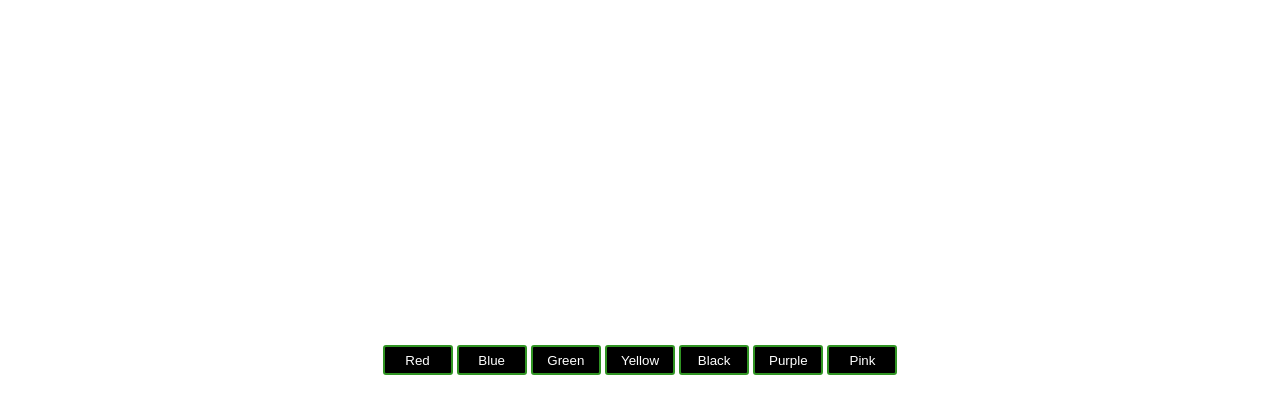
Repository: letrongtinh27/LapTrinhWeb
Page: Change-bg/index.html
An editor plug-in stored every save of this project. The page is shown before and after the next save, followed by the edit.
The browser window is 1280 px wide. The pictures show the whole page.
After loading, the first visible `#Red` was clicked once.

Above is the page before, as saved 2022-10-13 11:30:51.
Console error: TypeError: Cannot set properties of undefined (setting 'background')

After the next save:
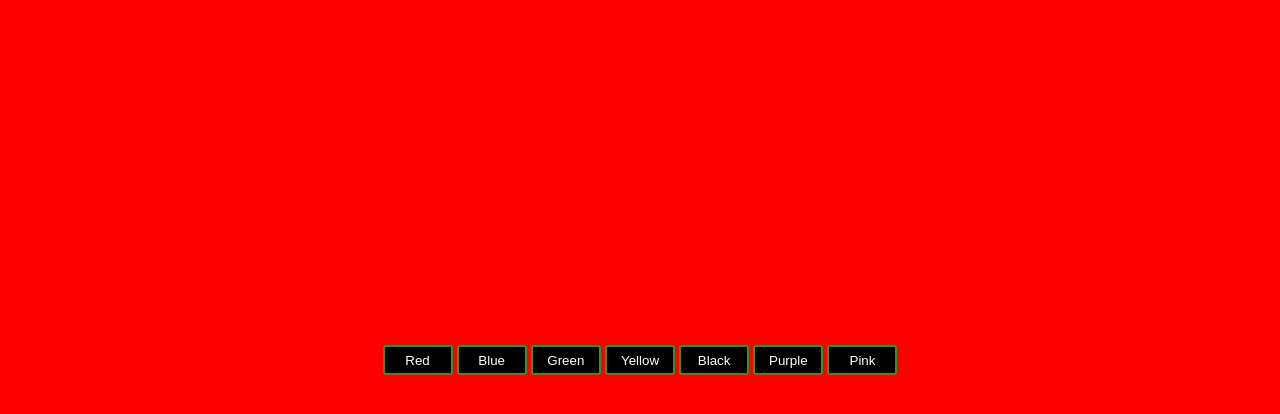
The error is gone.
Saved 11 s later.
--- a/Change-bg/main.js
+++ b/Change-bg/main.js
@@ -2,7 +2,7 @@ var listBTN = document.getElementsByClassName("item");
 for(var i =0; i < listBTN.length ; i++) {
     listBTN[i].onclick = function() {
         var test = document.getElementById("Red");
-        var bg = document.getElementsByName("bg");
+        var bg = document.getElementById("bg");
 
         if (test.innerHTML == "Red") {
             bg.style.background = "Red";
